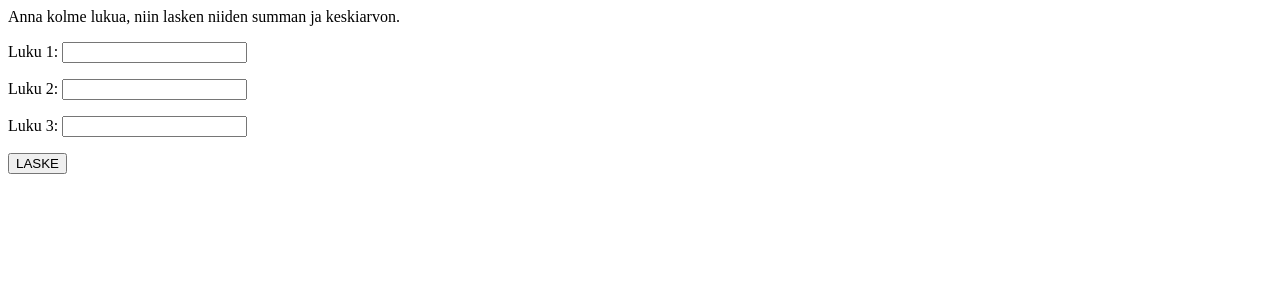
Repository: koodaajakige/knykanen
Page: public_html/be/kolmelukua.html
These files come from the project's save history. The page is drawn as it stood at one moment and after the next save; the edit follows.
The browser window is 1280 px wide. The pictures show the whole page.

Above is the page before, as saved 2022-10-14 15:11:34.

After the next save:
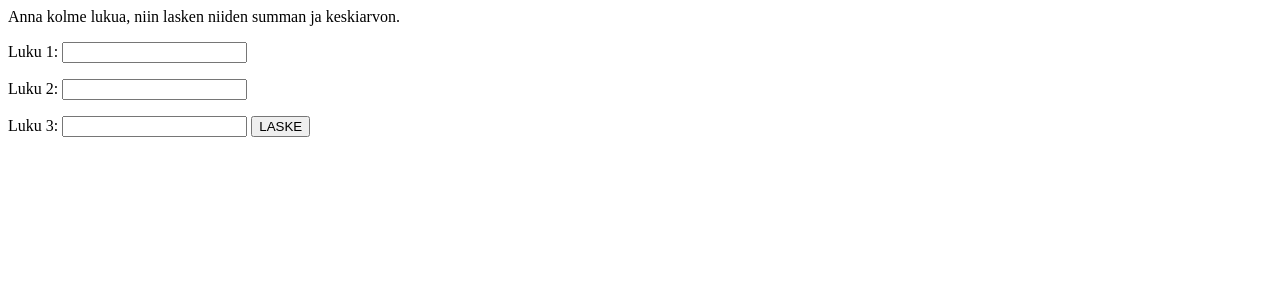
Saved 81 s later.
--- a/public_html/be/kolmelukua.html
+++ b/public_html/be/kolmelukua.html
@@ -6,11 +6,11 @@
 <p>Anna kolme lukua, niin lasken niiden summan ja keskiarvon.</p>
 <form action="kolmelukua.php" method="GET">
     <p>Luku 1:
-    <input type="text" name="luku1"></p>
+    <input type="text" name="luku1">
     <p>Luku 2:
-    <input type="text" name="luku2"></p>
+    <input type="text" name="luku2">
     <p>Luku 3:
-    <input type="text" name="luku3"></p>
-    <input type="submit" value="LASKE">
+    <input type="text" name="luku3">
+    <input type="submit" value="LASKE"></p>
 </form>
 </body>

After the save that followed:
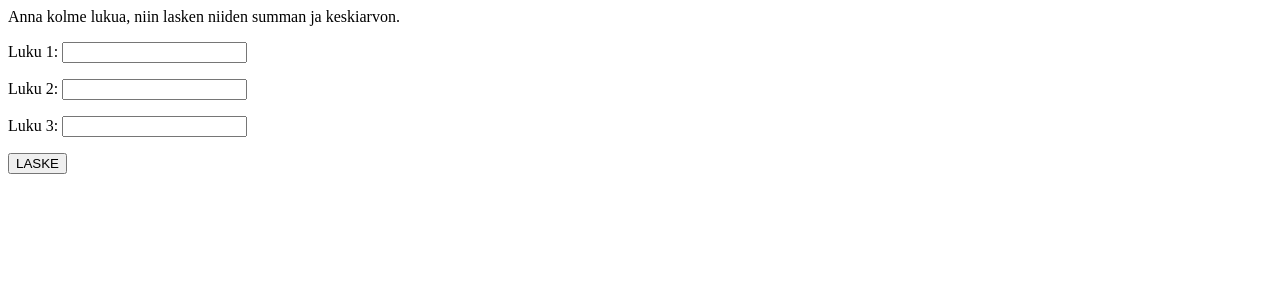
Saved 3 min 56 s later.
--- a/public_html/be/kolmelukua.html
+++ b/public_html/be/kolmelukua.html
@@ -6,11 +6,11 @@
 <p>Anna kolme lukua, niin lasken niiden summan ja keskiarvon.</p>
 <form action="kolmelukua.php" method="GET">
     <p>Luku 1:
-    <input type="text" name="luku1">
+    <input type="text" name="luku1"></p>
     <p>Luku 2:
-    <input type="text" name="luku2">
+    <input type="text" name="luku2"></p>
     <p>Luku 3:
-    <input type="text" name="luku3">
-    <input type="submit" value="LASKE"></p>
+    <input type="text" name="luku3"></p>
+    <input type="submit" value="LASKE">
 </form>
 </body>
